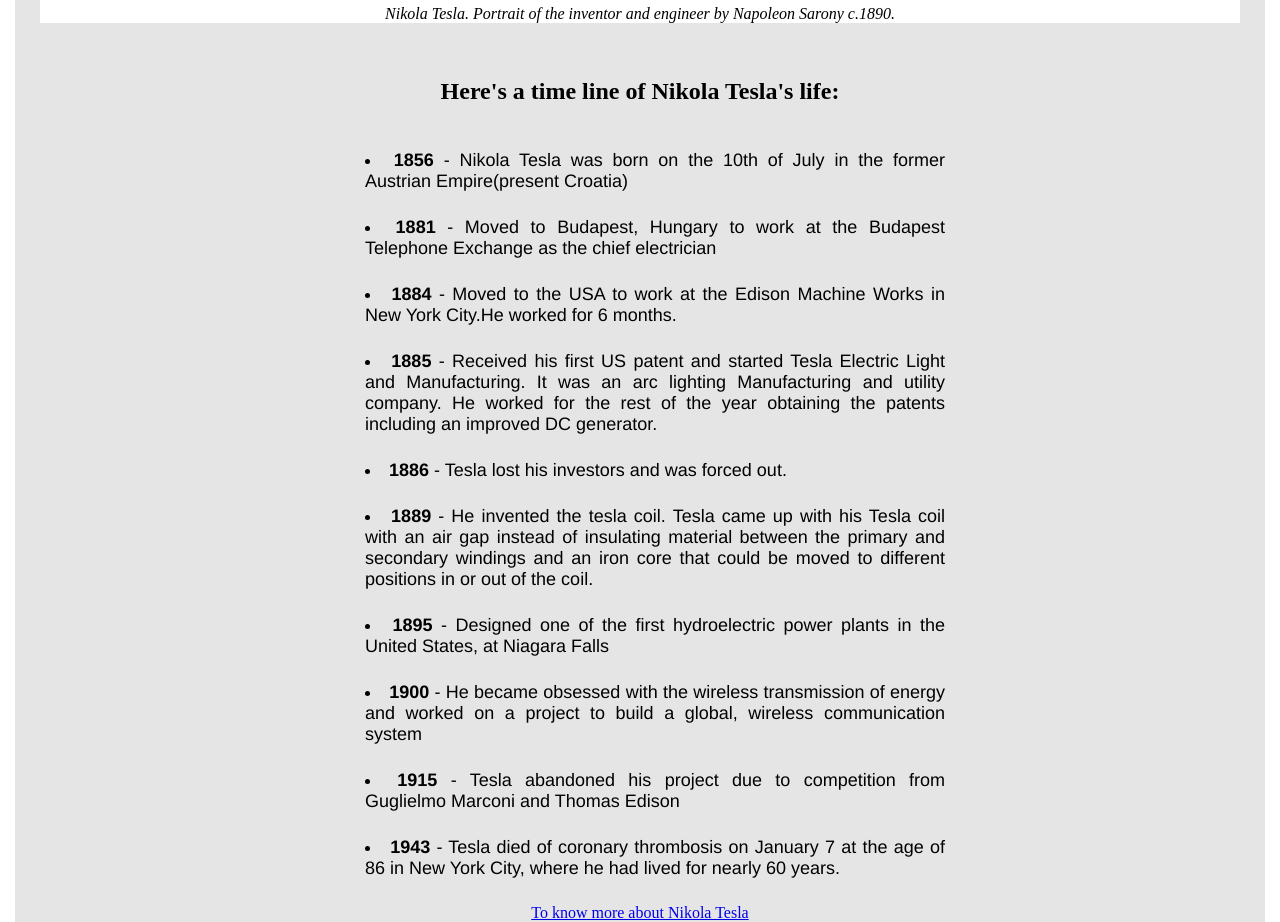
Repository: Avishka217/Tribute-Page
Page: index.html
The author's editor kept a copy of each file at every save. The page is drawn from the files as they stood at one save, then again after the next save.
The browser window is 1280 px wide. The pictures show the part of the page from y = 576 to 1498 px (the page is 1498 px tall before and 1477 px after).
A picture or video elsewhere on the page could not be fetched, so the positions and the page height are approximate.

Above is the page before, as saved 2020-03-18 20:00:26.

After the next save:
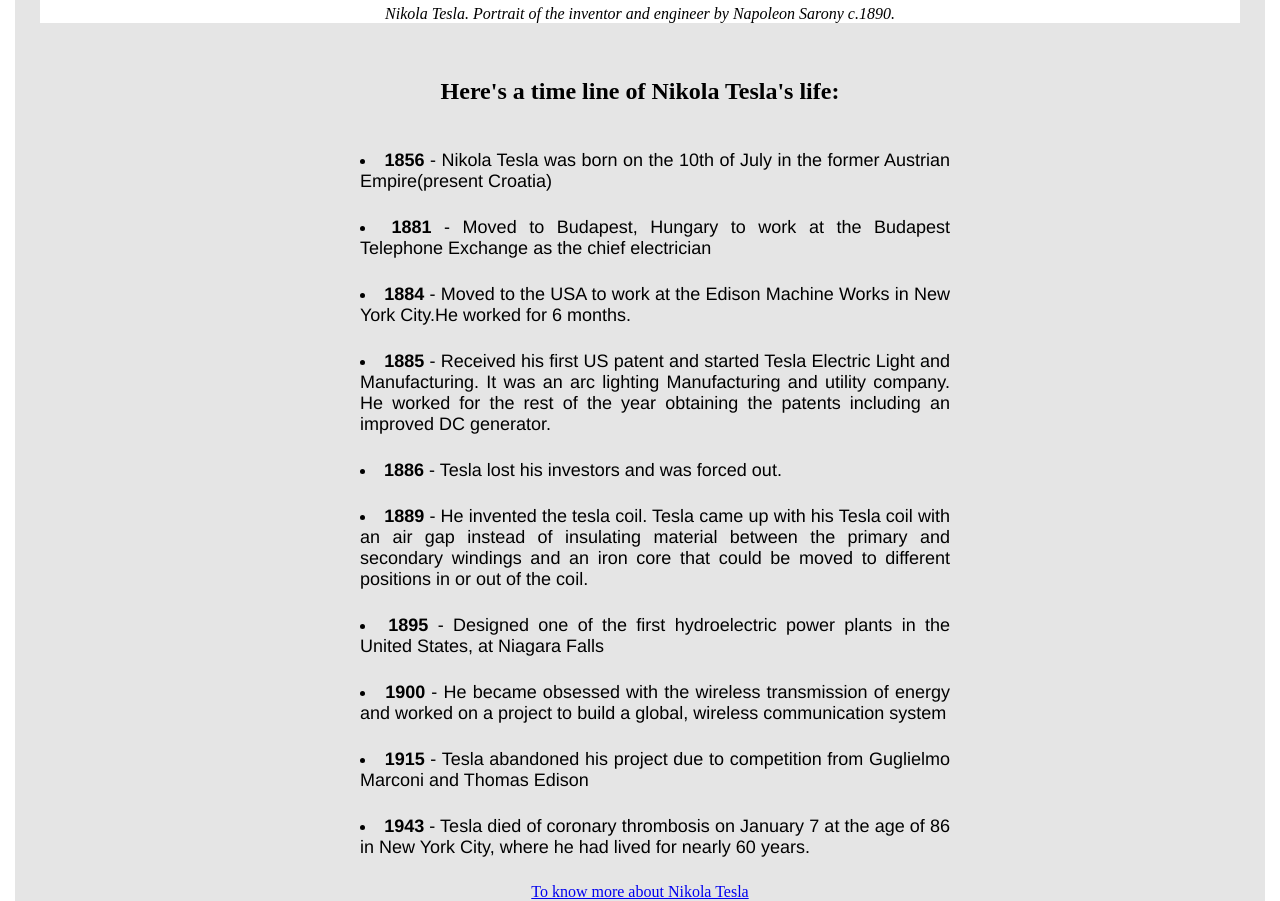
Saved 4 s later.
--- a/styles.css
+++ b/styles.css
@@ -88,7 +88,7 @@
   display: block;
   padding-top: 25px;
   padding-right: 10px;;
-  width:580px;
+  width:590px;
   margin: auto;
   text-align: justify;
 
